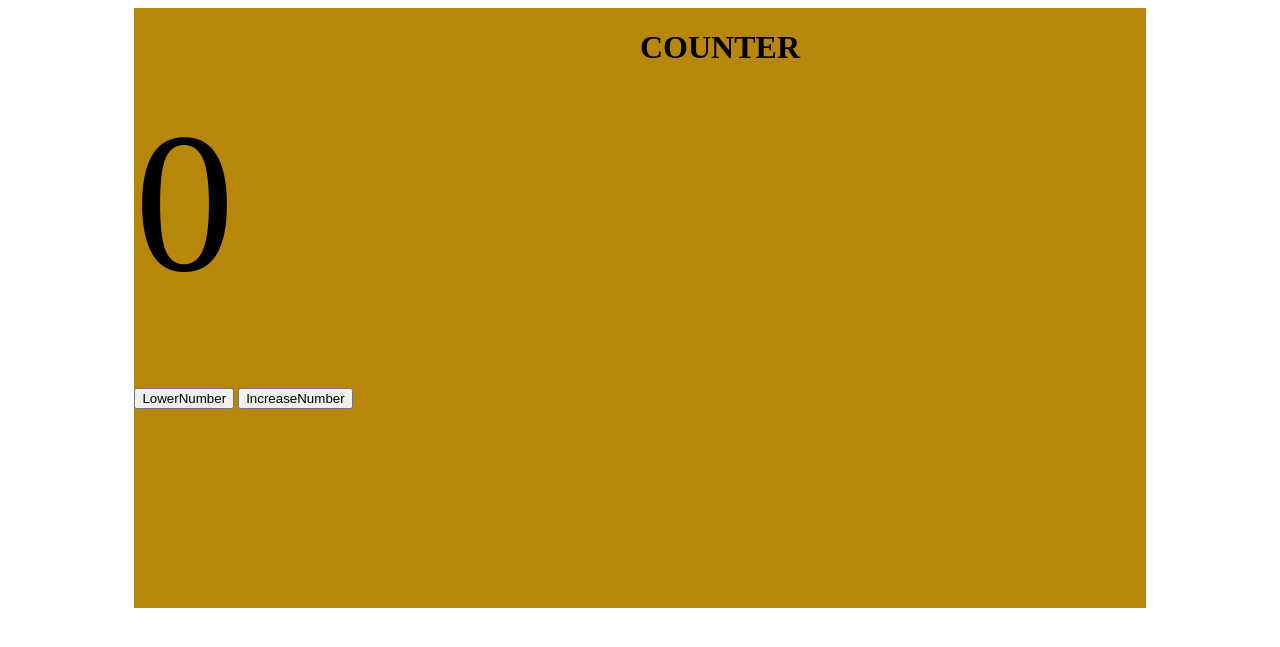
Repository: Sgalstyan06/counterNum
Page: index.html
An editor plug-in stored every save of this project. The page is shown before and after the next save, followed by the edit.
The browser window is 1280 px wide. The pictures show the whole page.

Above is the page before, as saved 2022-02-14 16:54:03.

### index.html
<!DOCTYPE html>
<html lang="en">
<head>
    <meta charset="UTF-8">
    <meta http-equiv="X-UA-Compatible" content="IE=edge">
    <meta name="viewport" content="width=device-width, initial-scale=1.0">
    <title>Document</title>
    <link rel="stylesheet" href="./style.css">
</head>
<body>
    <div class="main">
        <div><h1>COUNTER</h1></div>

        <div class="result">0</div>
        <div>
            <button class="LowerNumber">LowerNumber</button>
            <button class="IncreaseNumber">IncreaseNumber</button>
        </div>
    </div>
    <script src="./script.js"></script>
</body>
</html>

### style.css
.main{
    width: 80%;
    height: 600px;
    margin: 0 auto;
    background-color: darkgoldenrod;
    display: flex;
    flex-direction: column;
}
h1{
   padding-left: 50%;
   transform: translate(-50% -50%);
}

.result{
    width: 80%;
    height: 300px;
    font-size: 200px;
}

Loaded but not shown: script.js (no stored copy; drawn as an empty file)

After the next save:
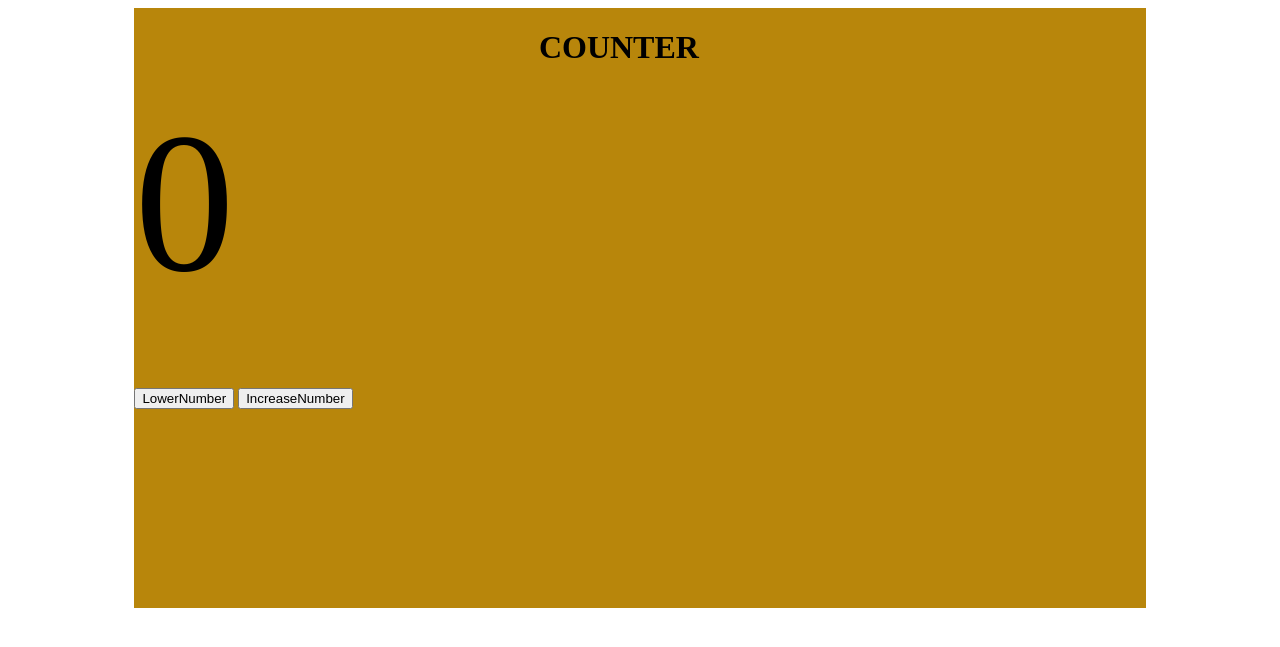
Saved 9 s later.
--- a/style.css
+++ b/style.css
@@ -7,8 +7,8 @@
     flex-direction: column;
 }
 h1{
-   padding-left: 50%;
-   transform: translate(-50% -50%);
+
+   padding-left: 40%;
 }
 
 .result{
